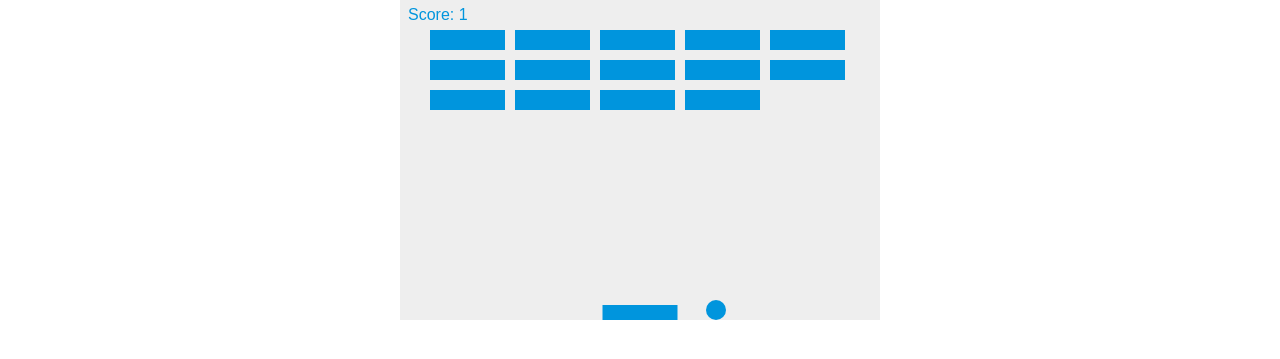
Repository: hara-PG/javascript_operation
Page: block_game/index.html
The author's editor kept a copy of each file at every save. The page is drawn from the files as they stood at one save, then again after the next save.
The browser window is 1280 px wide. The pictures show the whole page.

Above is the page before, as saved 2022-06-28 21:14:00.

### block_game/index.html
<!DOCTYPE html>
<html lang="ja">
  <head>
    <meta charset="UTF-8" />
    <meta http-equiv="X-UA-Compatible" content="IE=edge" />
    <meta name="viewport" content="width=device-width, initial-scale=1.0" />
    <title>Game Canvas Workshop</title>
    <link rel="stylesheet" href="style.css" />
  </head>
  <body>
    <canvas id="myCanvas" width="480" height="320"></canvas>

    <script type="text/javascript" src="game.js"></script>
  </body>
</html>

### block_game/style.css
* {
  padding: 0;
  margin: 0;
}
canvas {
  background: #eee;
  display: block;
  margin: auto;
}

### block_game/game.js
const canvas = document.getElementById("myCanvas"); // DOMでidの要素を変数canvasに代入
const ctx = canvas.getContext("2d"); // canvasを2D化

let paddleHeight = 15; // パドルの高さ
let paddleWidth = 75; // パドルの長さ
let paddleX = (canvas.width - paddleWidth) / 2; // パドルの初期位置
let x = canvas.width / 2; // ボールの初期位置(横位置)　canvas.widthは480px / 2
let y = canvas.height - 30; // ボールの初期位置(高さ位置) canvas.height320px - 30
let dx = 2; // ボールの角度(X軸) +の場合はcanvas.width　/　2より右に射出、-の場合はcanvas.width / 2より左に射出.
let dy = -2; // ボールの角度(Y軸) +の場合はcanvas.height / 2より下に射出、 -の場合はcanvas.height / 2より上に射出。
let ballRadius = 10; // ボールの大きさ
let color = "#0095DD"; // ボールとパドルの色
let rightPressed = false; // 押されているボタンをブーリアン値として定義、初期化しています。
let leftPressed = false; // 押されているボタンをブーリアン値として定義、初期化しています。

// ブロック変数
let brickRowCount = 3; // プロックの横列
let brickColumnCount = 5; // ブロックの縦列
let brickWidth = 75; // ブロックの横幅
let brickHeight = 20; // ブロックの縦幅
let brickPadding = 10; // ブロックの四方の余白
let brickOffsetTop = 30; // ブロックと上面の幅
let brickOffsetLeft = 30; // ブロックと左面の幅

// スコア
let score = 0;

document.addEventListener("keydown", keyDownHandler, false); // keydownイベントが発火したとき (どれかが押されたとき) 、keyDownHandler()関数が実行
document.addEventListener("keyup", keyUpHandler, false); // keyupイベントが発火した時　(そのキーが押されなくなったき) 、keyUpHandler()関数が実行

function keyDownHandler(e) {
  if (e.key == "Right" || e.key == "ArrowRight") {
    rightPressed = true; // キーが押された時trueへ
  } else if (e.key == "Left" || e.key == "ArrowLeft") {
    leftPressed = true; // // キーが押された時trueへ
  }
}

function keyUpHandler(e) {
  if (e.key == "Right" || e.key == "ArrowRight") {
    rightPressed = false; // キーが押された時falseへ
  } else if (e.key == "Left" || e.key == "ArrowLeft") {
    leftPressed = false; // キーが押された時falseへ
  }
}

function collisionDetection() {
  for (let c = 0; c < brickColumnCount; c++) {
    for (let r = 0; r < brickRowCount; r++) {
      let b = bricks[c][r];
      if (b.status == 1) {
        if (x > b.x && x < b.x + brickWidth && y > b.y && y < b.y + brickHeight) {
          dy = -dy;
          b.status = 0;
          score++;
          if (score == brickRowCount * brickColumnCount) {
            alert("You Win!");
            document.location.reload();
          }
        }
      }
    }
  }
}

function drawScore() {
  ctx.font = "16px Arial";
  ctx.fillStyle = color;
  ctx.fillText("Score: " + score, 8, 20);
}

function drawBall() {
  // drawBall => ボールを描く
  ctx.beginPath(); // キャンバス 2D API のメソッドで、サブパスのリストを空にすることにより新しいパスを開始します。新しいパスを作成したい場合は、このメソッドを呼び出してください。
  ctx.arc(x, y, ballRadius, 0, Math.PI * 2); // サブパスに円弧を加えます。.arc(x, y, radius, startAngle, endAngle [, counterclockwise]);
  ctx.fillStyle = color;
  ctx.fill(); // .fill()は現在のパスまたは指定されたパスを現在のパスで埋めます。メソッドを使用して長方形を塗りつぶしfill()ます。
  ctx.closePath(); // 図形の最初と最後の点を自動的に接続する closePath() メソッドで、底辺を作成します。
}

function drawPaddle() {
  collisionDetection();
  // drawPaddle => パドルを描く
  ctx.beginPath(); //　キャンバス 2D API のメソッドで、サブパスのリストを空にすることにより新しいパスを開始します。新しいパスを作成したい場合は、このメソッドを呼び出してください。
  ctx.rect(paddleX, canvas.height - paddleHeight, paddleWidth, paddleHeight);
  ctx.fillStyle = color; // .fillStyleは図形の内側を塗りつぶすために使用する色、グラデーション、またはパターンを指定します。
  ctx.fill(); // .fill()は現在のパスまたは指定されたパスを現在のパスで埋めます。メソッドを使用して長方形を塗りつぶしfill()ます。
  ctx.closePath(); // 図形の最初と最後の点を自動的に接続する closePath() メソッドで、底辺を作成します。
}

let bricks = [];
for (let c = 0; c < brickColumnCount; c++) {
  bricks[c] = [];
  for (let r = 0; r < brickRowCount; r++) {
    bricks[c][r] = { x: 0, y: 0, status: 1 };
  }
}

function drawBricks() {
  for (let c = 0; c < brickColumnCount; c++) {
    for (let r = 0; r < brickRowCount; r++) {
      if (bricks[c][r].status == 1) {
        let brickX = c * (brickWidth + brickPadding) + brickOffsetLeft;
        let brickY = r * (brickHeight + brickPadding) + brickOffsetTop;
        bricks[c][r].x = brickX;
        bricks[c][r].y = brickY;
        ctx.beginPath();
        ctx.rect(brickX, brickY, brickWidth, brickHeight);
        ctx.fillStyle = color;
        ctx.fill();
        ctx.closePath();
      }
    }
  }
}

function draw() {
  // draw => 描く
  collisionDetection(); // d
  ctx.clearRect(0, 0, canvas.width, canvas.height); /* clearRect() メソッドは、矩形領域のピクセルを透明な黒 (rgba(0,0,0,0)) に設定します。
  clearRect(x, y, width, height); */
  drawBall(); // drawBall関数を出力
  drawPaddle(); // drawPaddle関数を出力
  drawBricks(); // drawBricks関数を出力
  drawScore();

  if (x + dx > canvas.width - ballRadius || x + dx < ballRadius) {
    dx = -dx; // ボールが壁に当たると(X軸)反転させるため！ X軸を＋値・ー値に反転させている
  }
  if (y + dy < ballRadius) {
    dy = -dy; // ボールが壁に当たると(Y軸)反転させるため！ Y軸を＋値・ー値に反転させている
  } else if (y + dy > canvas.height - ballRadius) {
    if (x > paddleX && x < paddleX + paddleWidth) {
      // ボールがパドルに当たると反転する。
      dy = -dy;
    } else {
      alert("Game Over!");
      location.reload(); // 再読み込みボタンのように現在の URL を再読み込み
      clearInterval(interval); // clearInterval(intervalID) タイマーの繰り返し動作を取り消す
    }
  }

  if (rightPressed && paddleX < canvas.width - paddleWidth) {
    paddleX += 7;
  } else if (leftPressed && paddleX > 0) {
    paddleX -= 7;
  }

  x += dx; // ボールが壁に当たるとX軸動作させるため！
  y += dy; // ボールが壁に当たるとY軸動作させるため！
}

let interval = setInterval(draw, 10); // setInterval(function, delay) functionは関数名(関数を出力)、delayは1000ms

// ctx.beginPath();
// ctx.rect(20, 40, 50, 50);
// ctx.fillStyle = "#FF0000";
// ctx.fill();
// ctx.closePath();

// ctx.beginPath();
// ctx.arc(240, 160, 20, 0, Math.PI * 2, false);
// ctx.fillStyle = "green";
// ctx.fill();
// ctx.closePath();

// ctx.beginPath();
// ctx.rect(160, 10, 100, 40);
// ctx.fillStyle = "rgba(0,0,255,0.5)";
// ctx.fill();
// ctx.closePath();

After the next save:
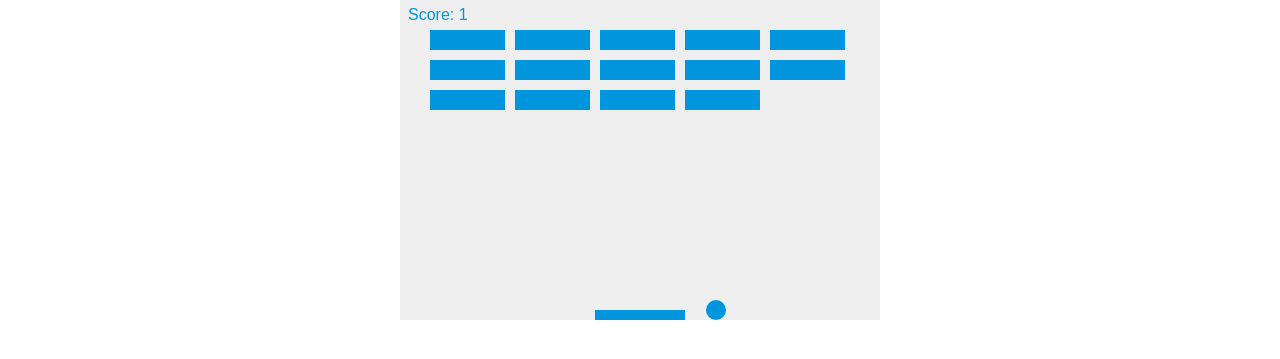
Saved 21 s later.
--- a/block_game/game.js
+++ b/block_game/game.js
@@ -1,8 +1,8 @@
 const canvas = document.getElementById("myCanvas"); // DOMでidの要素を変数canvasに代入
 const ctx = canvas.getContext("2d"); // canvasを2D化
 
-let paddleHeight = 15; // パドルの高さ
-let paddleWidth = 75; // パドルの長さ
+let paddleHeight = 10; // パドルの高さ
+let paddleWidth = 90; // パドルの長さ
 let paddleX = (canvas.width - paddleWidth) / 2; // パドルの初期位置
 let x = canvas.width / 2; // ボールの初期位置(横位置)　canvas.widthは480px / 2
 let y = canvas.height - 30; // ボールの初期位置(高さ位置) canvas.height320px - 30
